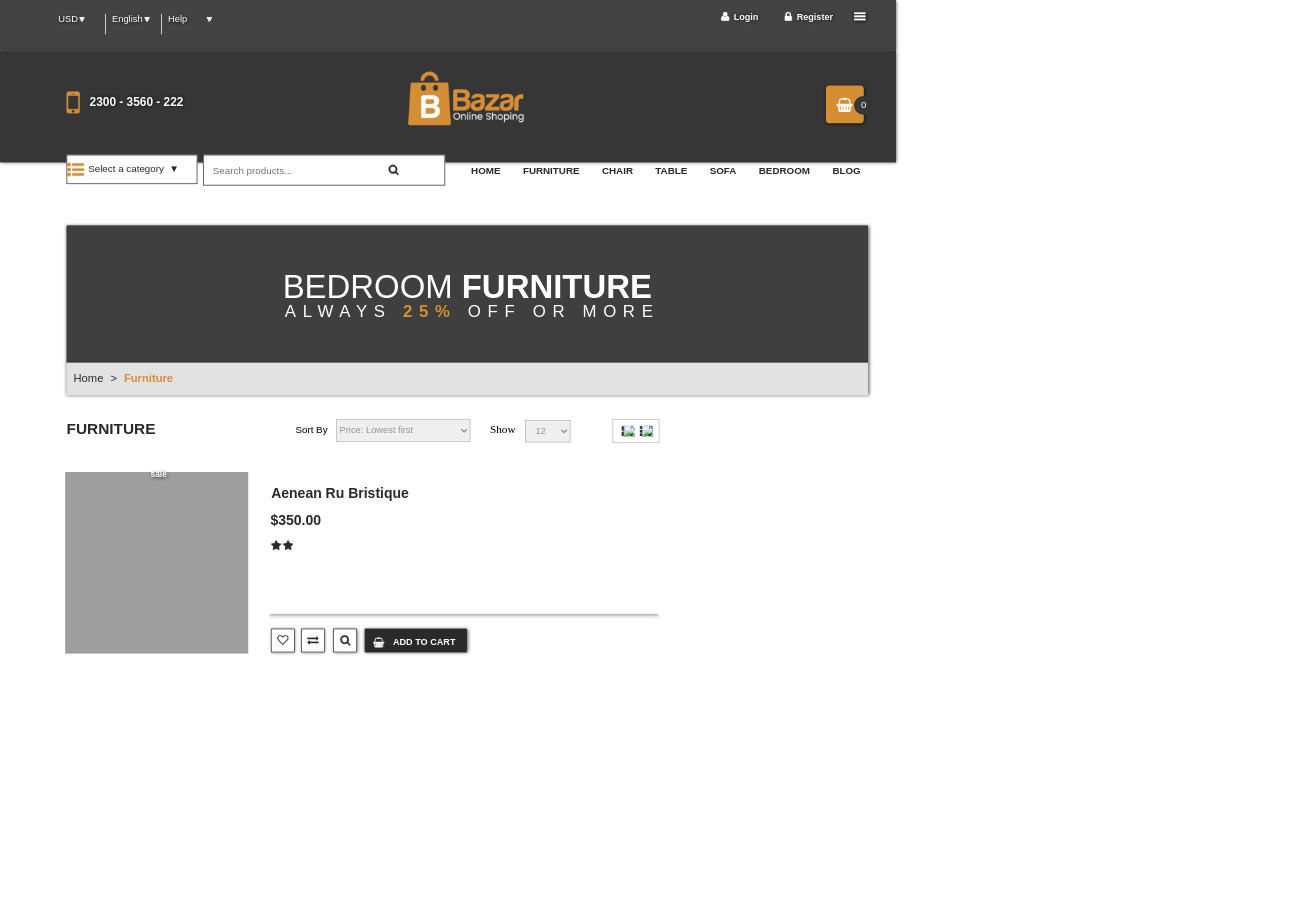
Repository: mihaisitaru/bazar
Page: http://localhost/furniture
The author's editor kept a record of every edit. The page is drawn from the files as they stood at one moment, then again after the next edit.
The browser window is 1280 px wide. The page is 1845 px wide, so the pictures cover 1845 px, including what lies to the right of the window. The pictures show the part of the page from y = 0 to 1320 px (the page is 4745 px tall), at 70% of full size.
Pictures or frames that could not be fetched are drawn as grey boxes. The page is run by PHP 8.4 with error messages shown; the project is at /var/www/html/.

Above is the page before.

After the next edit:
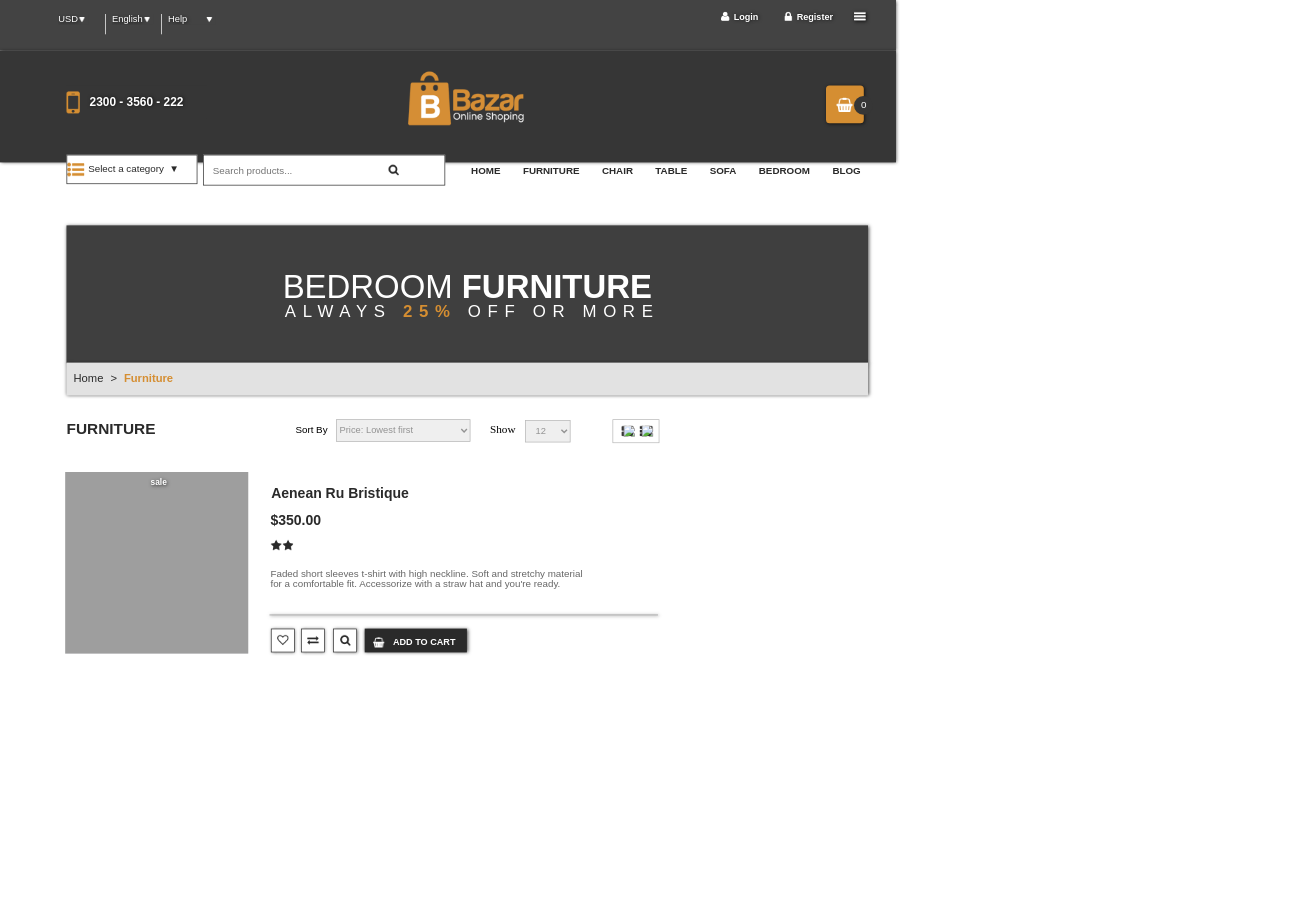
The edit:
--- a/furniture.php
+++ b/furniture.php
@@ -71,6 +71,7 @@
             <div class="view-product-sorted shadow-box"></div>
             <div class="price-sorted">
               <p class="price-text-sorted color-dark-gray">$350.00</p>
+              <p class="short-description-sorted color-dark-gray">Faded short sleeves t-shirt with high neckline. Soft and stretchy material for a comfortable fit. Accessorize with a straw hat and you're ready.</p>
             </div>
           </div>
         </div>
